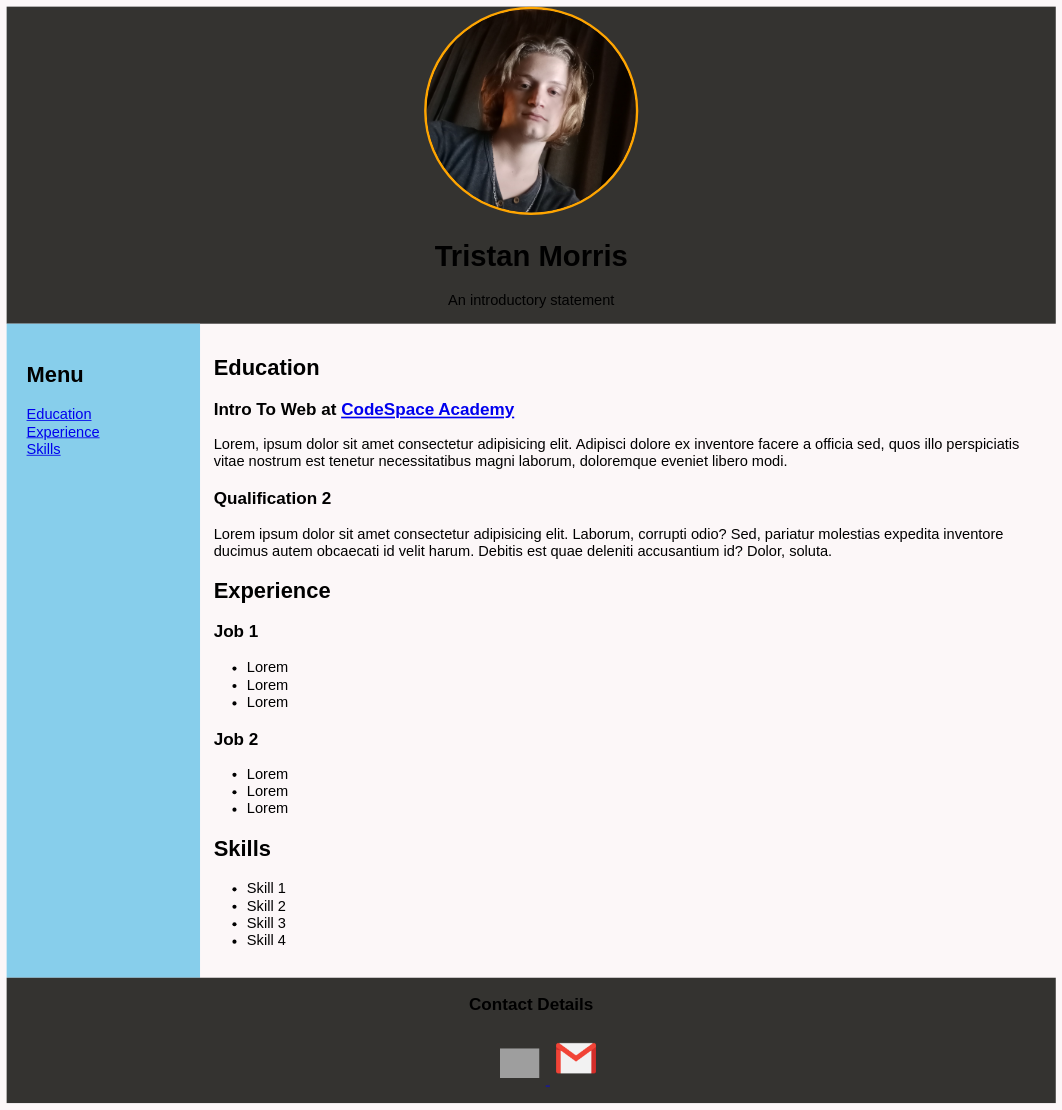
Repository: TristanKMorris/introToWebDesignAssignment
Page: resume1.html
An editor plug-in stored every save of this project. The page is shown before and after the next save, followed by the edit.
The browser window is 1280 px wide. The pictures show the whole page, at 83% of full size.
Pictures or frames that could not be fetched are drawn as grey boxes.

Above is the page before, as saved 2022-06-02 20:14:05.

### resume1.html

<!DOCTYPE html>
<html
  <head>
    <title>My first web page</title>

    <link rel="stylesheet" type="text/css" href="css/stylesheet.css">
  </head>

  <body>

  <header id="heading">
        <img src="images/tristanPortrait.jpg"
        alt="Tristan Morris Portrait"
        id="profilePhoto"/>
        <h1>Tristan Morris</h1>
        <p>An introductory statement</p>

  </header>

<main class="main">

     <div id="sidebar">
  <nav>

    <h2>Menu</h2>

    <ul class="navMenu">
      <li><a href="#education">Education</a></li>
      <li><a href="#experience">Experience</a></li>
      <li><a href="#skills">Skills</a></li>
    </ul>
  </nav>

  </div>

  <div class="content">

    <h2 id="education">Education</h2>
    <h3>
      Intro To Web at <a href="http://codespace.co.za/">CodeSpace Academy</a>
    </h3>
    <p>
      Lorem, ipsum dolor sit amet consectetur adipisicing elit. Adipisci dolore
      ex inventore facere a officia sed, quos illo perspiciatis vitae nostrum
      est tenetur necessitatibus magni laborum, doloremque eveniet libero modi.
    </p>
    <h3>Qualification 2</h3>
    <p>
      Lorem ipsum dolor sit amet consectetur adipisicing elit. Laborum, corrupti
      odio? Sed, pariatur molestias expedita inventore ducimus autem obcaecati
      id velit harum. Debitis est quae deleniti accusantium id? Dolor, soluta.
    </p>
    <h2 id="experience">Experience</h2>
    <h3>Job 1</h3>
    <ul>
      <li>Lorem</li>
      <li>Lorem</li>
      <li>Lorem</li>
    </ul>
    <h3>Job 2</h3>
    <ul>
      <li>Lorem</li>
      <li>Lorem</li>
      <li>Lorem</li>
    </ul>
    <h2 id="skills">Skills</h2>
    <ul>
      <li>Skill 1</li>
      <li>Skill 2</li>
      <li>Skill 3</li>
      <li>Skill 4</li>
    </ul>

    </div>
</main>

<footer>

      <h3>Contact Details</h3>
      <ul>
         <a href="http://www.instagram.com/tristan_k_morris">
           <img class="icons" src="images/instagramIcon.png" alt="Tristan Morris Instagram">

         </a>
         <a href="http://mail.google.com">
           <img class="icons" src="images/gmailIcon.png" alt="Tristan Morris Email">
         </a>
      </ul>

    </footer>


  </body>
</html>

### css/stylesheet.css
body{
  font-family: sans-serif;
  font-size:110%;
  background-color: #FCF7F8;
  display: flex;
  flex-direction: column;
}

.main{
  display: flex;
  flex-direction: row;
  overflow: unset;
}

#profilePhoto{
  width: 20%;
  height: 20%;
  border-radius: 50%;
  border: 3px solid orange;
}

header {
  text-align: center;
  justify-content: center;
}
#heading{
  font-family: sans-serif;
  font: size 110%;
  background-color: #343330;
}

footer {
  background-color: #343330;
  text-align: center;
}
#sidebar{
  width: 25%;
  background-color: skyblue;
  padding: 1.5rem;
  color: black;
}
.navMenu{
  list-style-type: none;
  padding: 0%;
}

.icons{
  width: 3rem;
  margin: 0.5rem;
  height: auto;
}

.content{
  width: auto;
  margin: 1rem;
  height: auto;
}

After the next save:
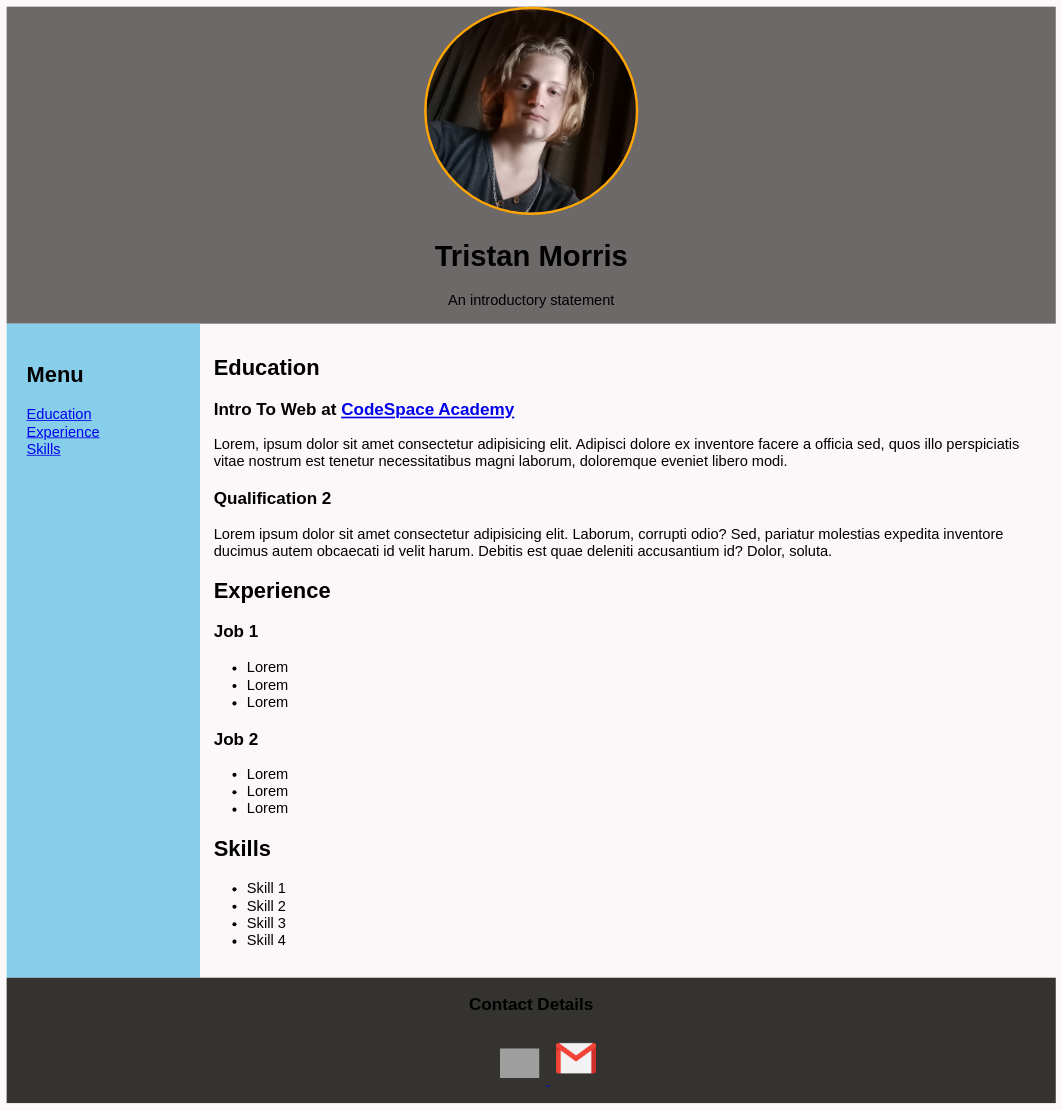
Saved 14 s later.
--- a/css/stylesheet.css
+++ b/css/stylesheet.css
@@ -26,7 +26,7 @@
 #heading{
   font-family: sans-serif;
   font: size 110%;
-  background-color: #343330;
+  background-color: #343330b7;
 }
 
 footer {

After the save that followed:
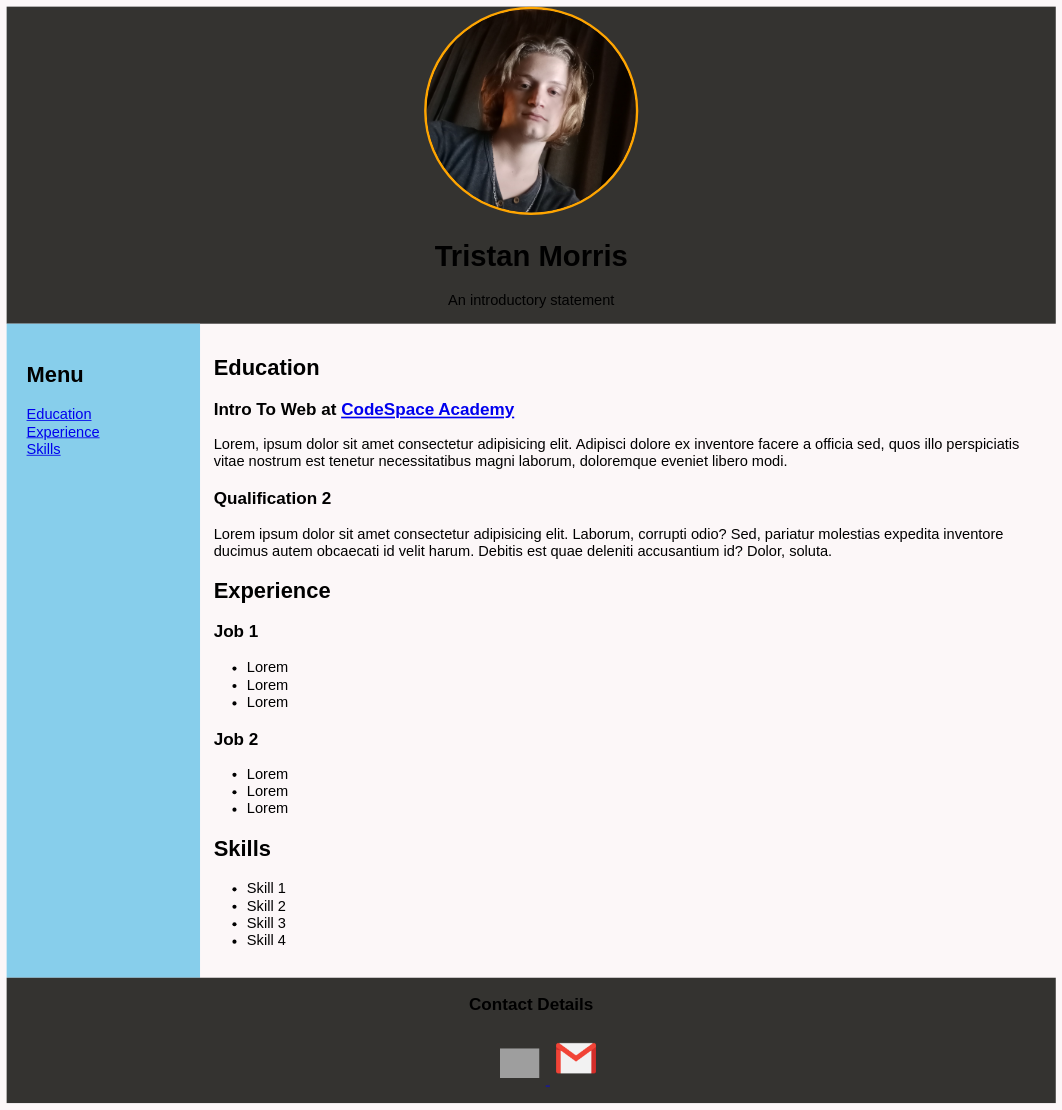
Saved 24 s later.
--- a/css/stylesheet.css
+++ b/css/stylesheet.css
@@ -26,7 +26,7 @@
 #heading{
   font-family: sans-serif;
   font: size 110%;
-  background-color: #343330b7;
+  background-color: #343330;
 }
 
 footer {
